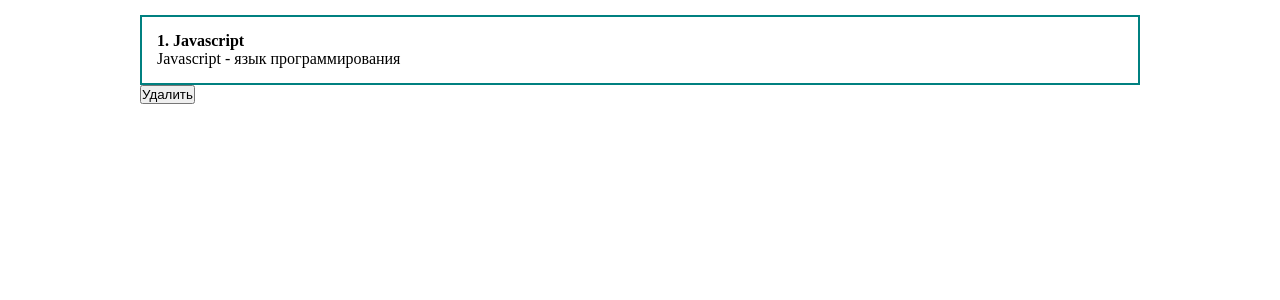
Repository: otvertka/ulb
Page: /
These files come from the project's save history. The page is drawn as it stood at one moment and after the next save; the edit follows.
The browser window is 1280 px wide. The pictures show the whole page.
The project was rebuilt for these pictures with package versions that can differ from the ones it lists, and the page was loaded fresh each time. Also part of the build but not shown: src/components/Counter.jsx, src/components/ClassCounter.jsx.

Above is the page before, as saved 2023-06-10 11:46:56.

After the next save:
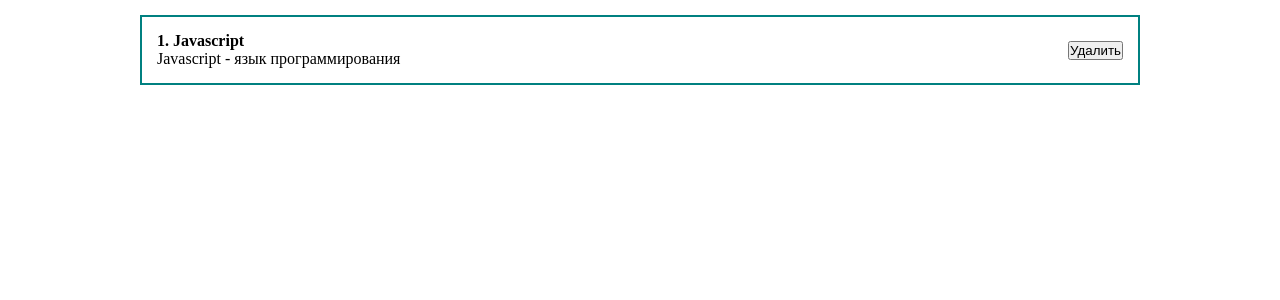
Saved 2 min 6 s later.
--- a/src/App.js
+++ b/src/App.js
@@ -4,7 +4,6 @@ import ClassCounter from "./components/ClassCounter";
 import "./styles/App.css";
 
 function App() {
-  // const [likes, setLikes] = useState(0); // счётчики лайков
   const [value, setValue] = useState("ТЕКСТ В ИНПУТЕ"); // управляемый инпут
 
   // импортируем компонент Counter
@@ -15,9 +14,9 @@ function App() {
           <strong> 1. Javascript </strong>
           <div>Javascript - язык программирования</div>
         </div>
-      </div>
-      <div className="post__btns">
-        <button>Удалить</button>
+        <div className="post__btns">
+          <button>Удалить</button>
+        </div>
       </div>
     </div>
   );
